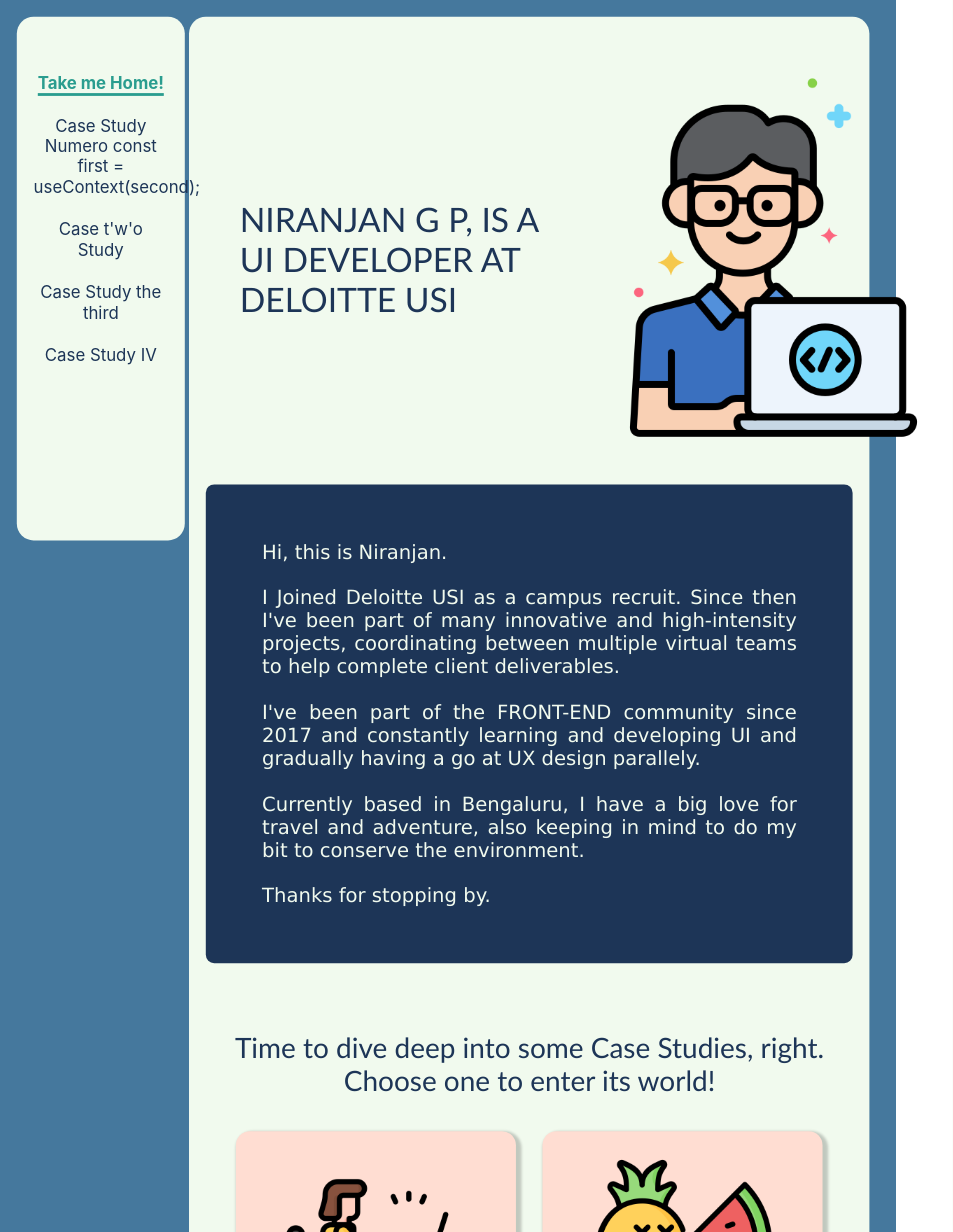
Repository: niranjangp/portfolioReact
Page: /
An editor plug-in stored every save of this project. The page is shown before and after the next save, followed by the edit.
The browser window is 1280 px wide. The page is 1361 px wide, so the pictures cover 1361 px, including what lies to the right of the window. The pictures show the part of the page from y = 0 to 1760 px (the page is 3130 px tall), at 70% of full size.
The project was rebuilt for these pictures with package versions that can differ from the ones it lists, and the page was loaded fresh each time. Also part of the build but not shown: src/pages/csOne.jsx, src/pages/csTwo.jsx, src/pages/csThree.jsx, src/pages/notFound.jsx.

Above is the page before, as saved 2022-02-01 17:54:34.

After the next save:
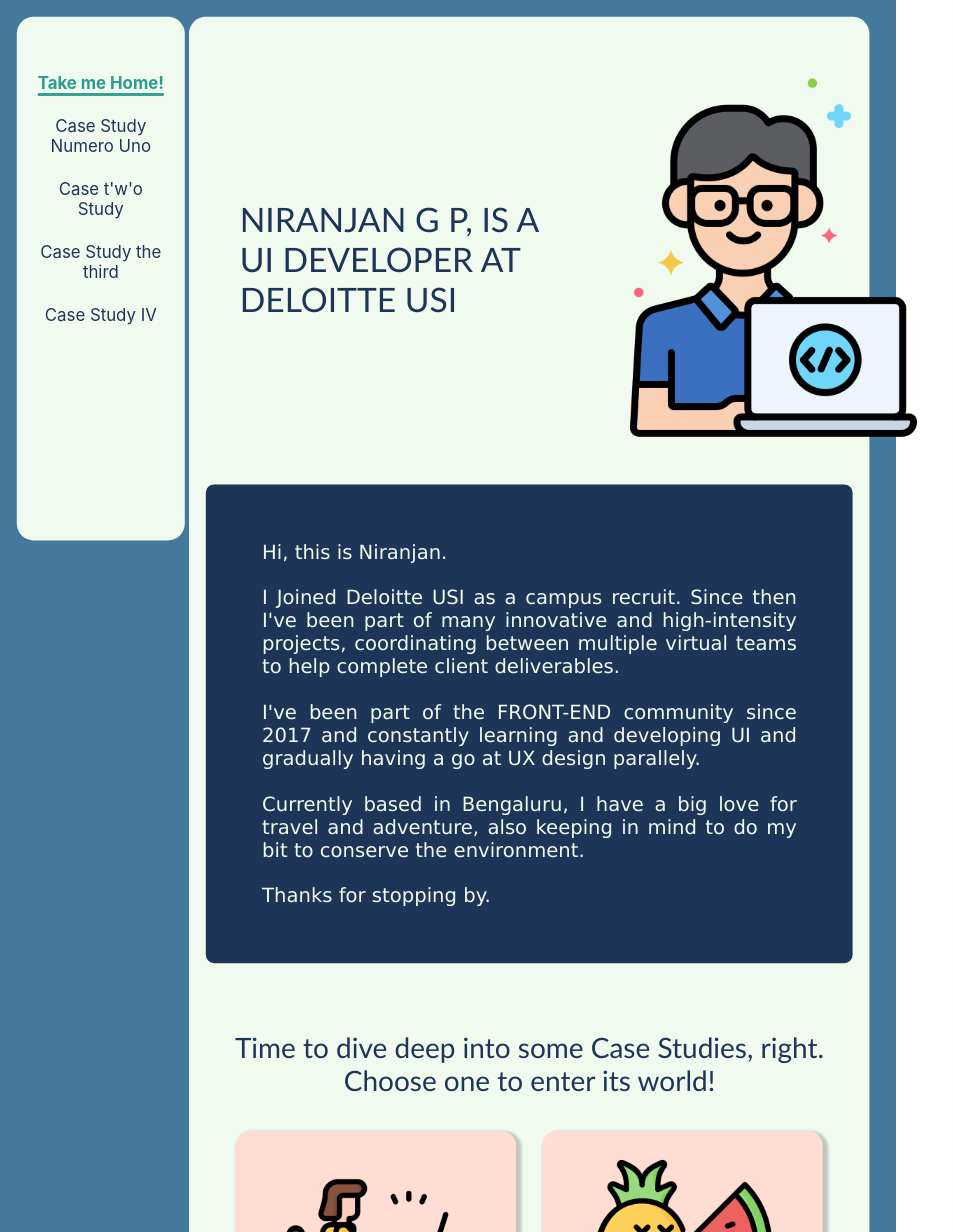
Saved 41 s later.
--- a/src/App.js
+++ b/src/App.js
@@ -20,7 +20,7 @@ function App() {
             <NavLink activeClassName="nav-link active" className="nav-link" to="/enter-the-design">Take me Home!</NavLink>
           </div>
           <div className='navDiv'>
-            <NavLink activeClassName="nav-link active" className="nav-link" to="/cs-one">Case Study Numero const first = useContext(second);</NavLink>
+            <NavLink activeClassName="nav-link active" className="nav-link" to="/cs-one">Case Study Numero Uno</NavLink>
           </div>
           <div className='navDiv'>
             <NavLink activeClassName="nav-link active" className="nav-link" to="/cs-two">Case t'w'o Study</NavLink>
